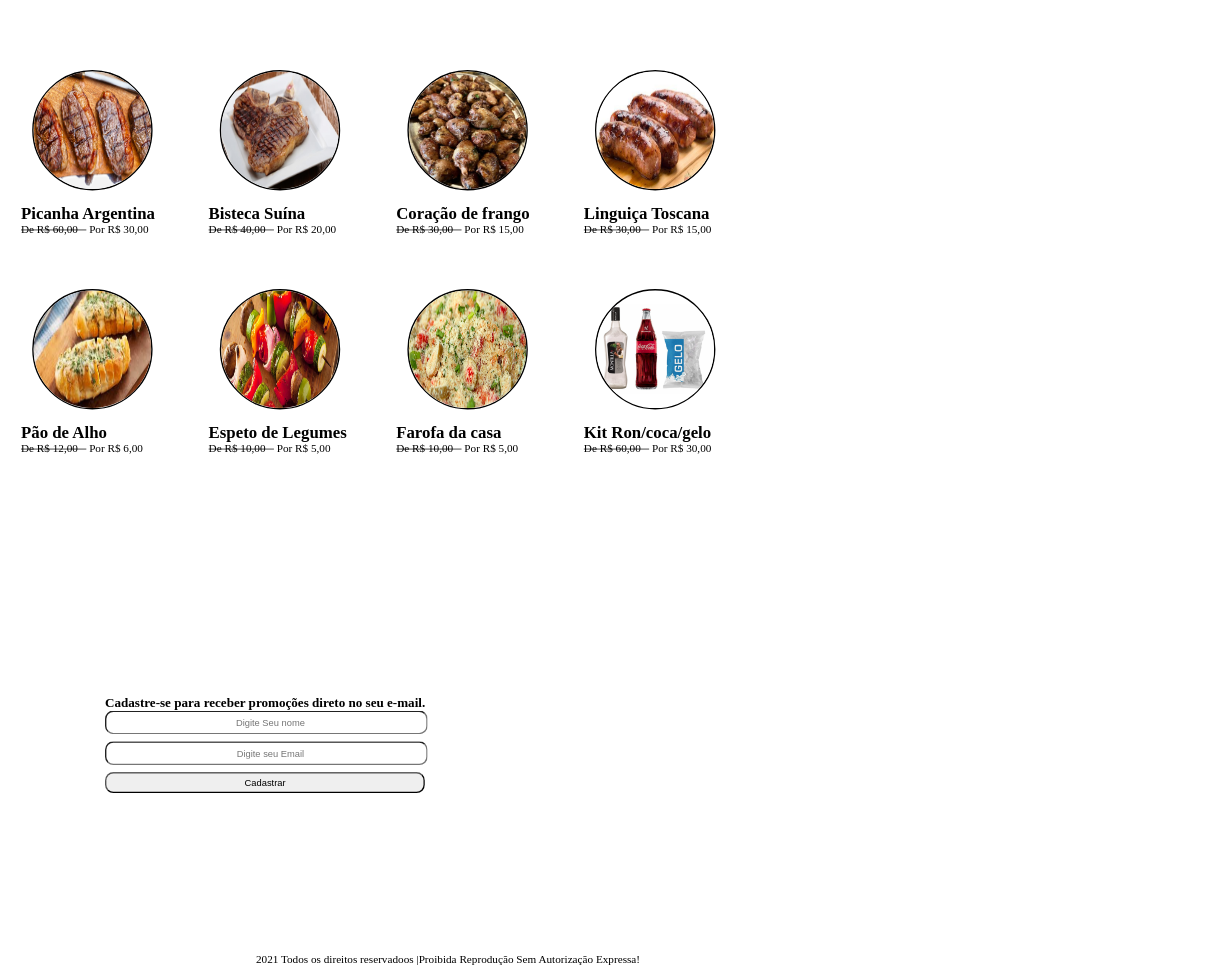
Repository: PauloMarquess/ProjetoBlackFriday
Page: index.html
An editor plug-in stored every save of this project. The page is shown before and after the next save, followed by the edit.
The browser window is 1280 px wide. The page is 1730 px wide, so the pictures cover 1730 px, including what lies to the right of the window. The pictures show the part of the page from y = 1340 to 2740 px (the page is 2740 px tall), at 70% of full size.

Above is the page before, as saved 2021-07-15 22:42:22.

After the next save:
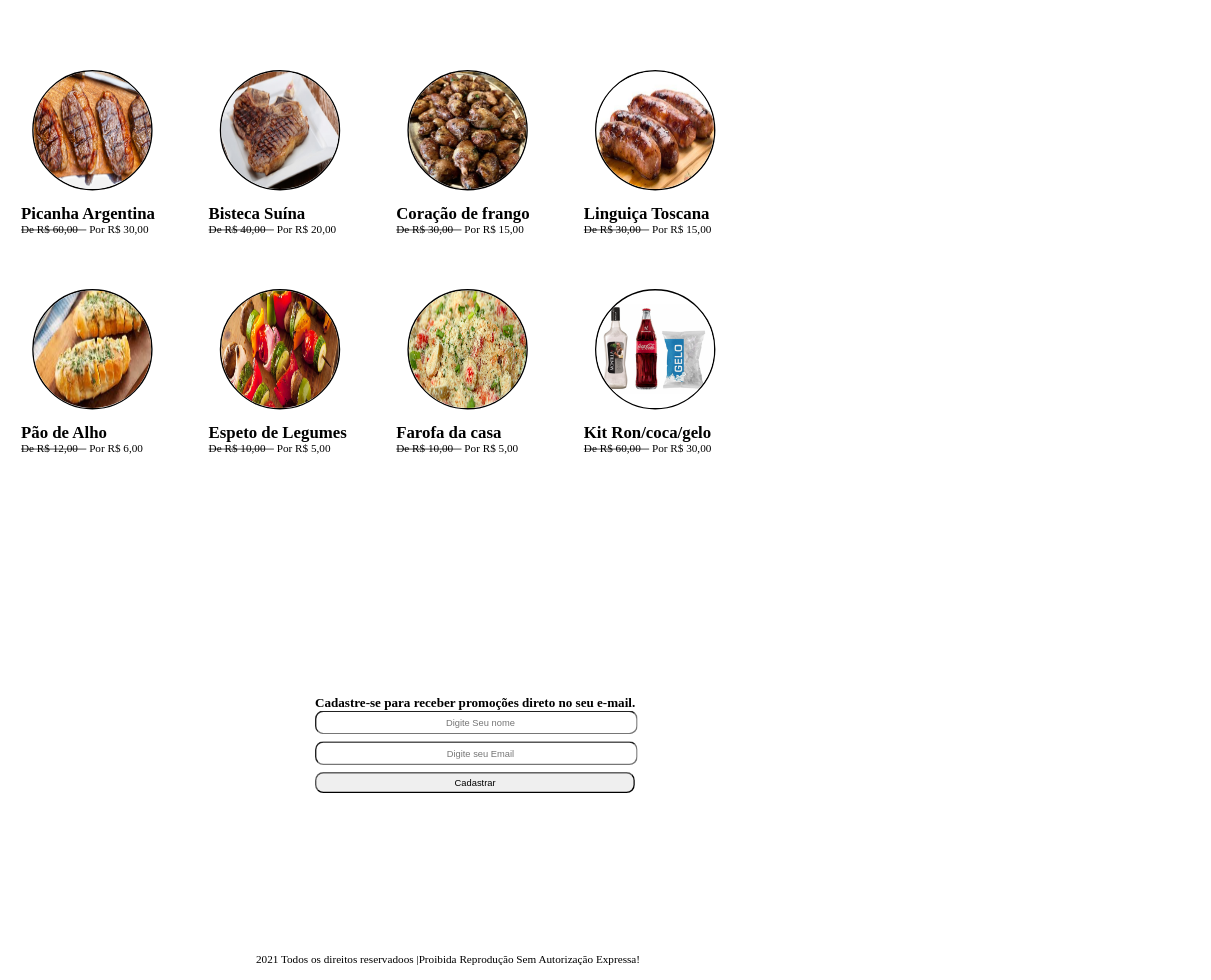
Saved 9 s later.
--- a/css/style.css
+++ b/css/style.css
@@ -113,7 +113,7 @@
     align-items: center;
     display: flex;
     margin: 150px;
-    padding-right:300px;
+    padding-left:300px;
 
 }
 
